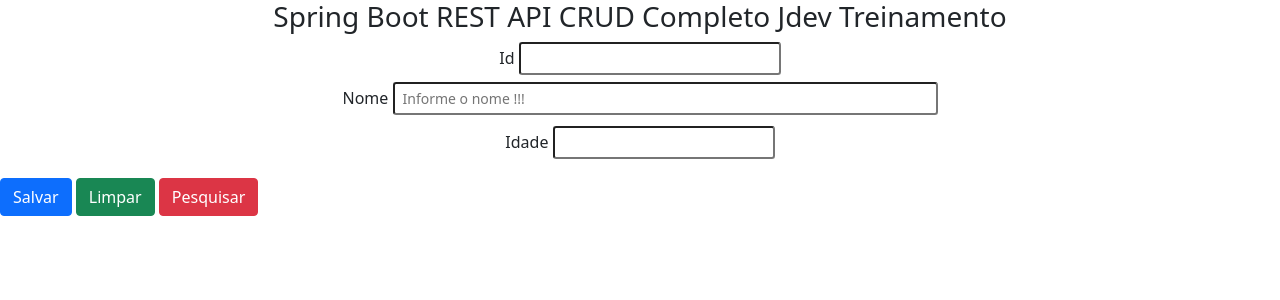
Repository: isaquelimaof/REST-API-SpringBoot
Page: springboot-rest-api-sample/src/main/resources/static/index.html
The author's editor kept a copy of each file at every save. The page is drawn from the files as they stood at one save, then again after the next save.
The browser window is 1280 px wide. The pictures show the whole page.

Above is the page before, as saved 2022-05-06 12:19:12.

### springboot-rest-api-sample/src/main/resources/static/index.html
<!DOCTYPE html>
<html lang="pt-br">
<head>
<meta charset="utf-8">
<meta name="viewport" content="width=device-width, initial-scale=1">
<link rel="stylesheet" type="text/css" href="css.css" media="screen" />
<!-- Bootstrap CSS -->
<link
	href="https://cdn.jsdelivr.net/npm/bootstrap@5.1.3/dist/css/bootstrap.min.css"
	rel="stylesheet"
	integrity="sha384-1BmE4kWBq78iYhFldvKuhfTAU6auU8tT94WrHftjDbrCEXSU1oBoqyl2QvZ6jIW3"
	crossorigin="anonymous">
<title>API REST FULL</title>
</head>
<body>
	<h3>Spring Boot REST API CRUD Completo Jdev Treinamento</h3>

	<form action="" id="formCadastroUser">

		<div class="mb-1">
			<label for="id" class="form-label">Id</label> <input type="text"
				class="form-control-sm" id="id" size="25px" readonly="readonly">
		</div>
		<div class="mb-2">
			<label id="nome1" for="nome" class="form-label">Nome</label>
			<input type="text" id="nome" class="form-control-sm" size="60px" placeholder="Informe o nome !!!">
		</div>
		<div class="mb-3">
			<label for="idade" class="form-label">Idade</label> <input
				type="number" class="form-control-sm" id="idade">
		</div>
	</form>

	<button type="button" class="btn btn-primary" onclick="salvarUsuario()">Salvar</button>
	<button type="button" class="btn btn-success"
		onclick="document.getElementById('formCadastroUser').reset()">Limpar</button>
	<button type="button" class="btn btn-danger" data-bs-toggle="modal"
		data-bs-target="#modalPesquisarUser" data-bs-whatever="@getbootstrap">Pesquisar</button>

	<div class="modal fade" id="modalPesquisarUser" tabindex="-1"
		aria-labelledby="exampleModalLabel" aria-hidden="true">
		<div class="modal-dialog">
			<div class="modal-content">
				<div class="modal-header">
					<h5 class="modal-title" id="exampleModalLabel">Pesquisar
						Usuário</h5>
					<button type="button" class="btn-close" data-bs-dismiss="modal"
						aria-label="Close"></button>
				</div>
				<div class="modal-body">
					<form>
						<div class="mb-3">
							<label for="nameBusca" class="col-form-label">Nome:</label>
							<input type="text" class="form-control" id="nameBusca">
						</div>

						<button type="button" class="btn btn-success">Pesquisar !</button>
						<!-- <div class="mb-3">
							<label for="message-text" class="col-form-label">Message:</label>
							<textarea class="form-control" id="message-text"></textarea>
						</div>  -->

					</form>

					<table class="table">
						<thead>
							<tr>
								<th scope="col">ID</th>
								<th scope="col">Nome</th>
								<th scope="col">Editar</th>
							</tr>
						</thead>
						<tbody>
							<tr>
								<th scope="row">1</th>
								<td>Mark</td>
								<td>Otto</td>
								<td>@mdo</td>
							</tr>
							<tr>
								<th scope="row">2</th>
								<td>Jacob</td>
								<td>Thornton</td>
								<td>@fat</td>
							</tr>

						</tbody>
					</table>

				</div>

				<!-- <div class="modal-footer">
						<button type="button" class="btn btn-primary">Send message</button>-->
				<button type="button" class="btn btn-danger" data-bs-dismiss="modal">Sair
					!</button>

			</div>
		</div>
	</div>
	</div>


	<script src="https://code.jquery.com/jquery-3.6.0.min.js"
		integrity="sha256-/xUj+3OJU5yExlq6GSYGSHk7tPXikynS7ogEvDej/m4="
		crossorigin="anonymous"></script>

	<!-- Option 1: Bootstrap Bundle with Popper -->
	<script
		src="https://cdn.jsdelivr.net/npm/bootstrap@5.1.3/dist/js/bootstrap.bundle.min.js"
		integrity="sha384-ka7Sk0Gln4gmtz2MlQnikT1wXgYsOg+OMhuP+IlRH9sENBO0LRn5q+8nbTov4+1p"
		crossorigin="anonymous"></script>


	<script type="text/javascript">
		function salvarUsuario() {
			//busca valores no campo
			var id = $("#id").val();
			var nome = $("#nome").val();
			var idade = $("#idade").val();

			//Trabalhando com Ajax - Sempre vai ser usado esse modelo para se comunicar com a API
			$.ajax({
				method : "POST",
				url : "salvar",
				data : JSON.stringify({
					id : id,
					nome : nome,
					idade : idade
				}),
				contentType : "application/json; charset=utf-8",
				success : function(response) {
					$("#id").val(response.id);
					alert("Salvo com Sucesso!");
				}
			}).fail(function(xhr, status, errorThrown) {
				alert("Erro ao salvar usuario !: " + xhr.responseText);
			});

		}
	</script>

</body>
</html>

### springboot-rest-api-sample/src/main/resources/static/css.css
@charset "utf-8";

h3 {
	text-align: center;

}
.mb-1{
	text-align: center;
}
.mb-2{
	text-align: center;
}
.mb-3{
	text-align: center;
}

After the next save:
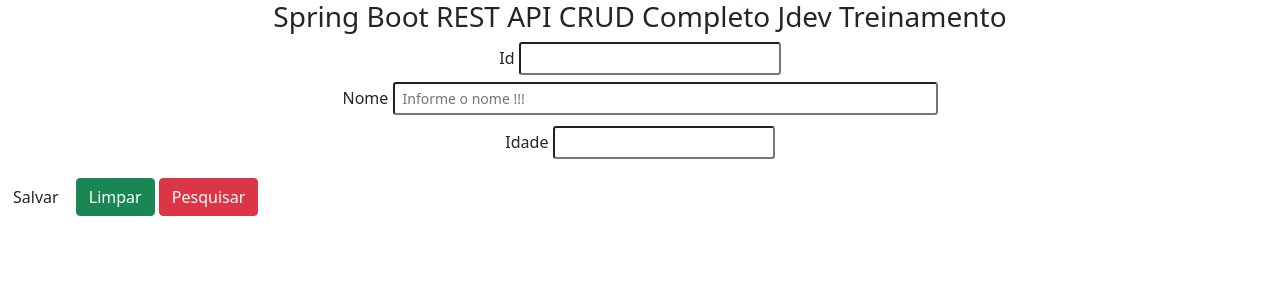
Saved 3 days later.
--- a/springboot-rest-api-sample/src/main/resources/static/index.html
+++ b/springboot-rest-api-sample/src/main/resources/static/index.html
@@ -31,7 +31,7 @@
 		</div>
 	</form>
 
-	<button type="button" class="btn btn-primary" onclick="salvarUsuario()">Salvar</button>
+	<button type="button" class="btn btn-secundary" onclick="salvarUsuario()">Salvar</button>
 	<button type="button" class="btn btn-success"
 		onclick="document.getElementById('formCadastroUser').reset()">Limpar</button>
 	<button type="button" class="btn btn-danger" data-bs-toggle="modal"

After the save that followed:
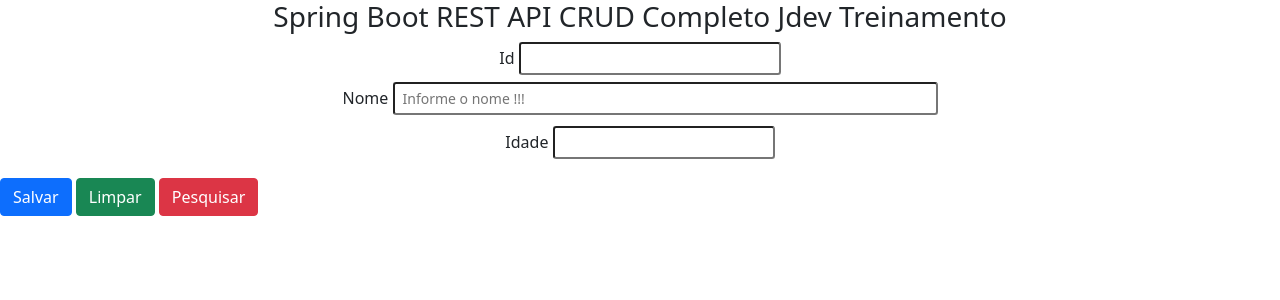
Saved 15 s later.
--- a/springboot-rest-api-sample/src/main/resources/static/index.html
+++ b/springboot-rest-api-sample/src/main/resources/static/index.html
@@ -31,7 +31,7 @@
 		</div>
 	</form>
 
-	<button type="button" class="btn btn-secundary" onclick="salvarUsuario()">Salvar</button>
+	<button type="button" class="btn btn-primary" onclick="salvarUsuario()">Salvar</button>
 	<button type="button" class="btn btn-success"
 		onclick="document.getElementById('formCadastroUser').reset()">Limpar</button>
 	<button type="button" class="btn btn-danger" data-bs-toggle="modal"
